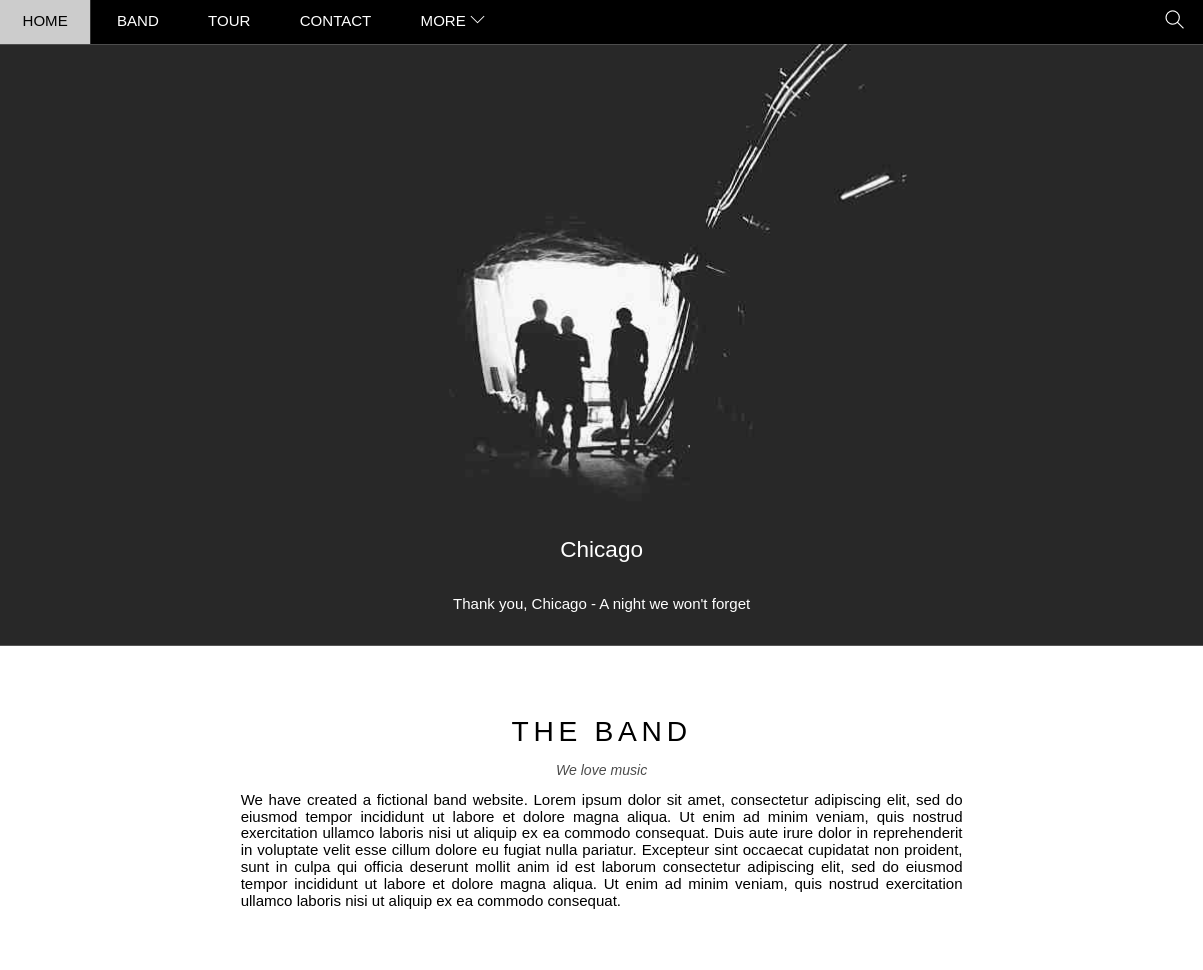
Repository: thanhsonnguyen-gif/f8-learn
Page: projectDemoTheBand/index.html
The author's editor kept a copy of each file at every save. The page is drawn from the files as they stood at one save, then again after the next save.
The browser window is 1280 px wide. The pictures show the whole page, at 94% of full size.

Above is the page before, as saved 2022-06-24 17:53:16.

After the next save:
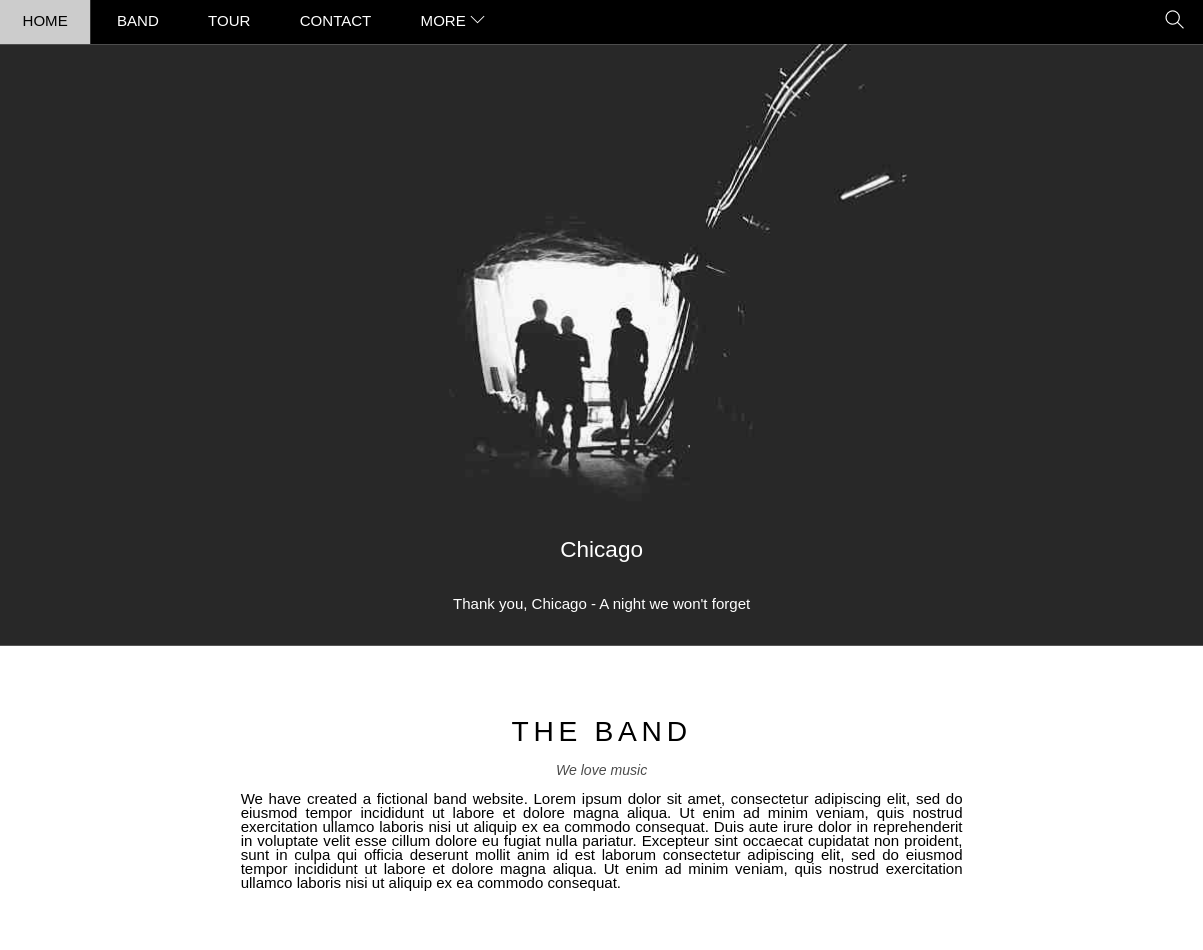
Saved 77 s later.
--- a/projectDemoTheBand/assets/css/style.css
+++ b/projectDemoTheBand/assets/css/style.css
@@ -140,6 +140,7 @@ font-size: 15px;
 
 .text-about{
 text-align: justify;
+line-height: 15px;
 }
 
 #footer {
